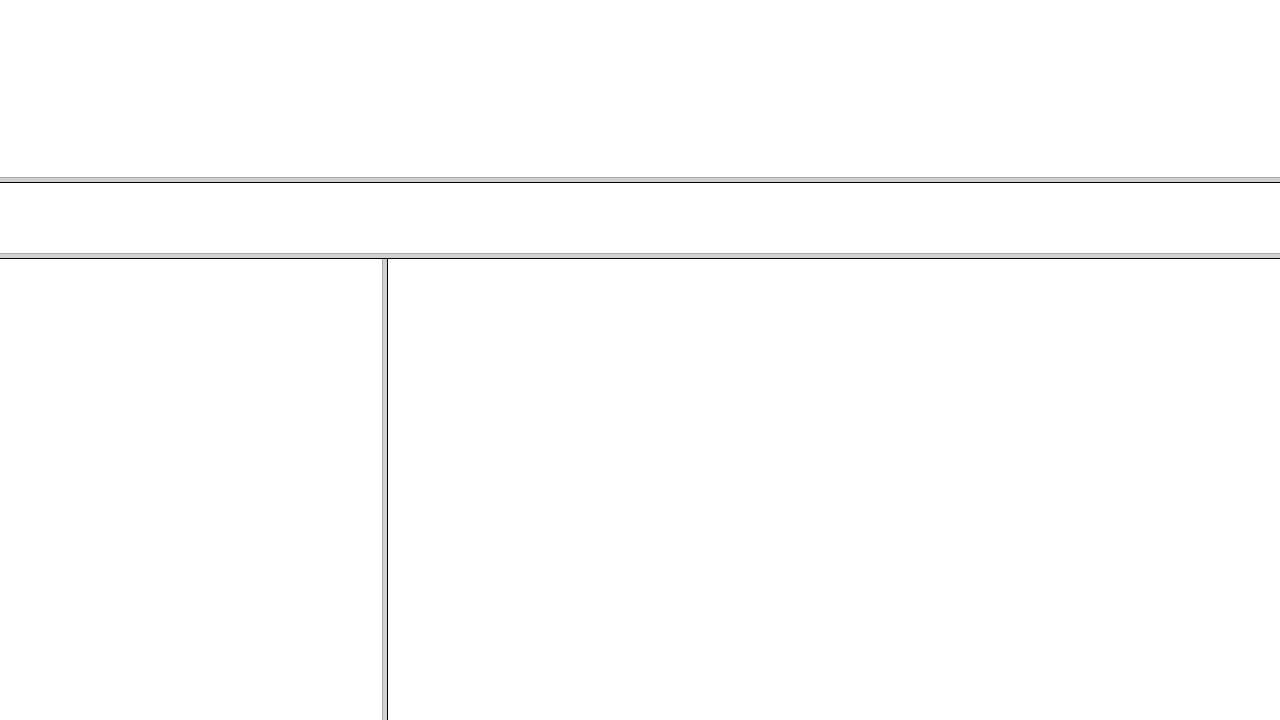
Repository: AHSANS354/tugas-sib5
Page: tugas/index.html
The author's editor kept a copy of each file at every save. The page is drawn from the files as they stood at one save, then again after the next save.
The browser window is 1280 px wide. The pictures show the whole page.

Above is the page before, as saved 2023-08-28 12:59:36.

After the next save:
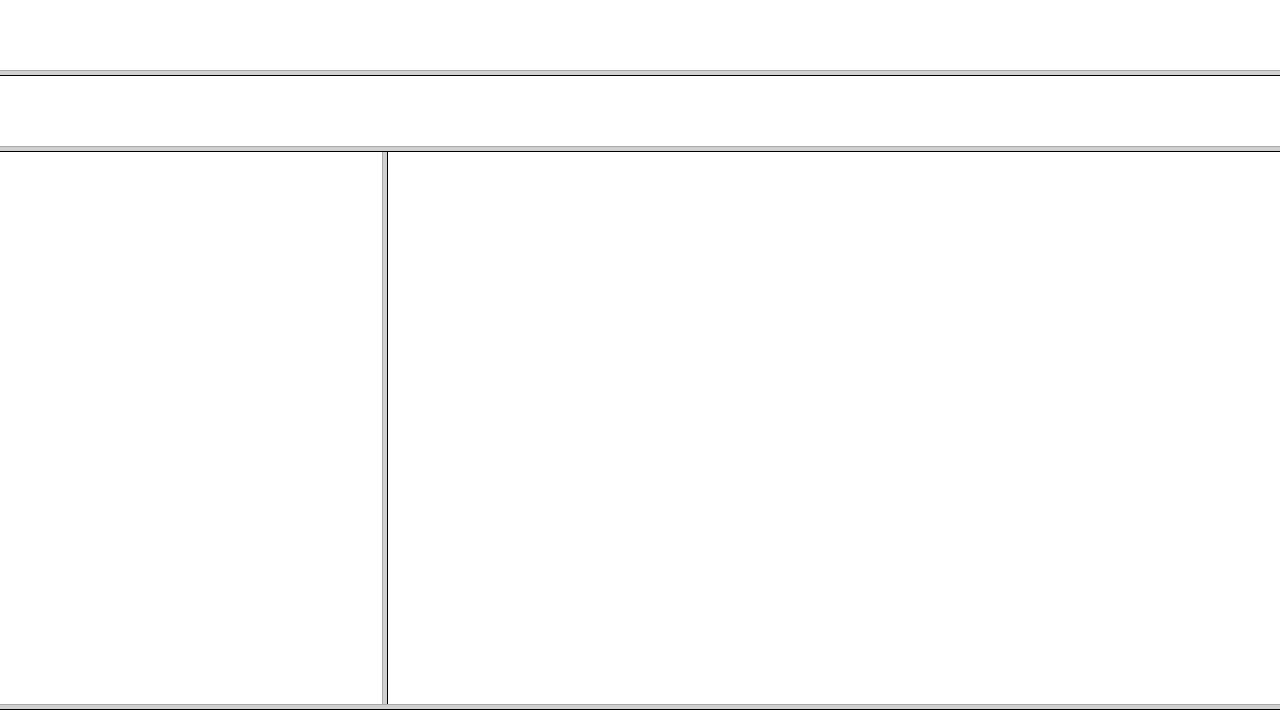
Saved 21 s later.
--- a/tugas/index.html
+++ b/tugas/index.html
@@ -1,4 +1,4 @@
-<frameset rows="25%,10%,*">
+<frameset rows="10%,10%,*,10">
     <frame>
         <frame>
         <frameset cols="30%,*">
